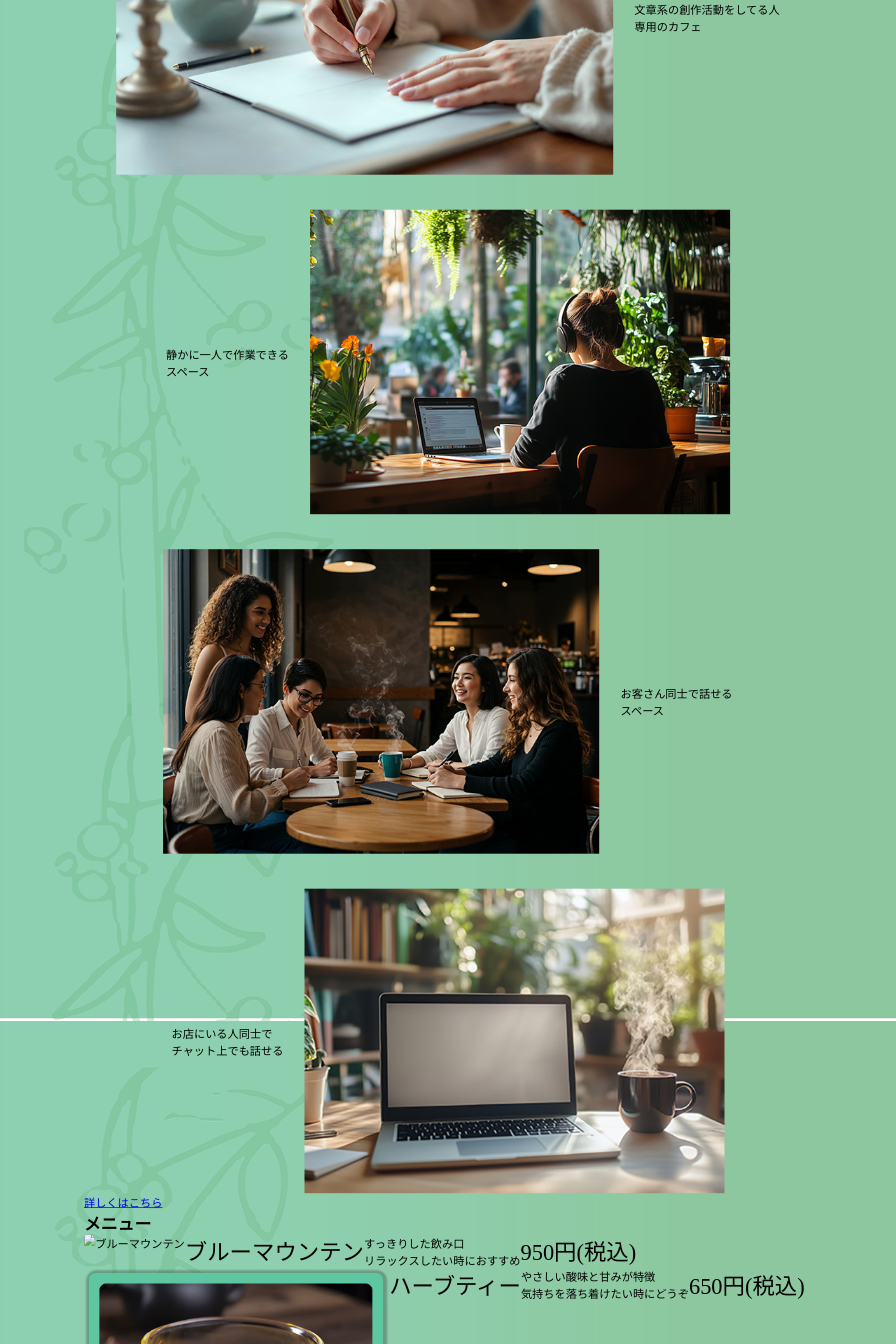
Repository: saka-kou/GardenStory
Page: index.html
These files come from the project's save history. The page is drawn as it stood at one moment and after the next save; the edit follows.
The browser window is 1280 px wide. The pictures show the part of the page from y = 1041 to 2961 px (the page is 4645 px tall before and 4495 px after), at 70% of full size.
Some web fonts or font styles are not loaded; a fallback is used.

Above is the page before, as saved 2025-07-24 12:21:22.

After the next save:
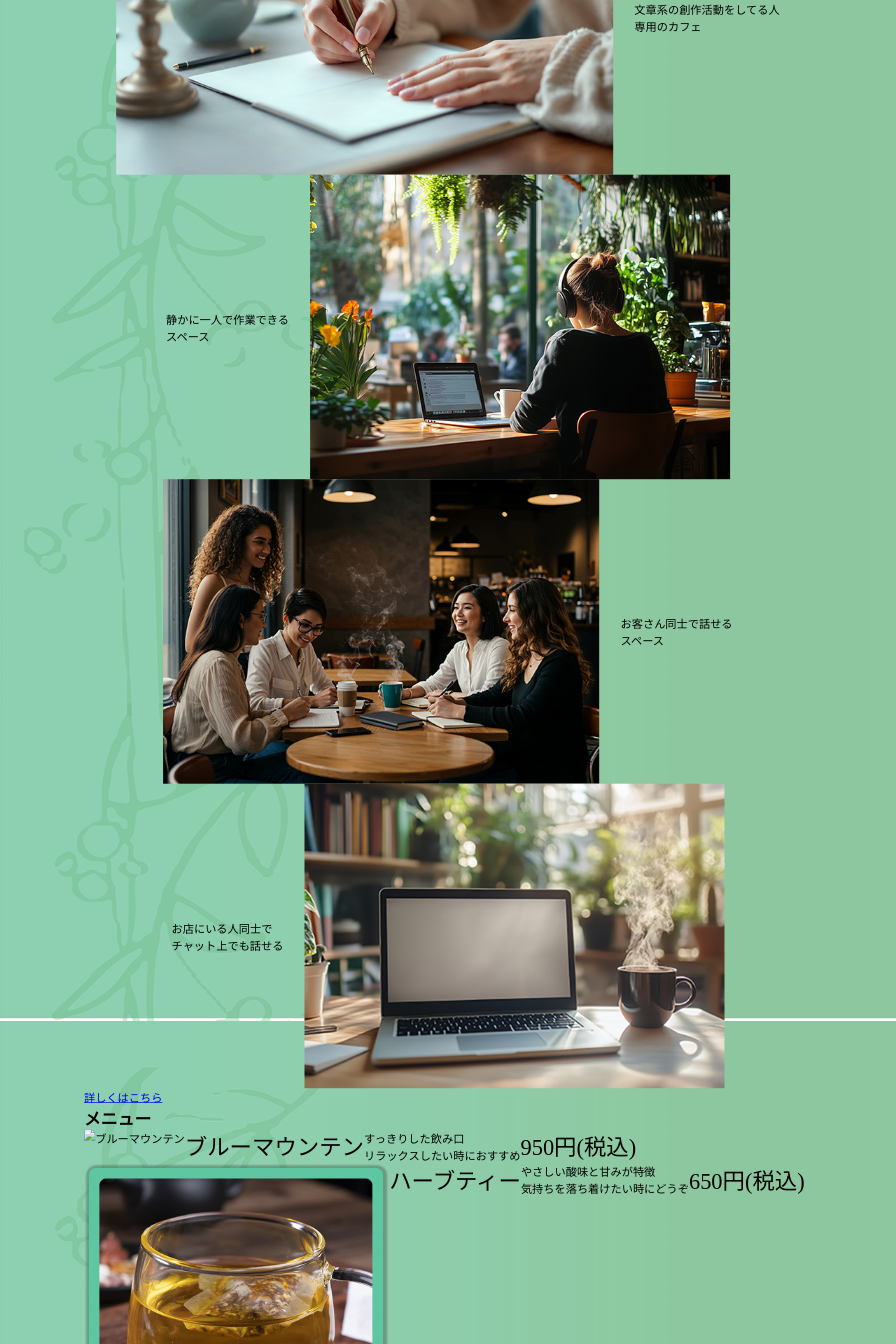
Saved 16 s later.
--- a/css/index.css
+++ b/css/index.css
@@ -49,7 +49,6 @@ main{
     display: flex;
     flex-direction: column;
     align-items: center;
-    gap: 50px;
 }
 .cafe-ex{
     /* width: 1320px; */
